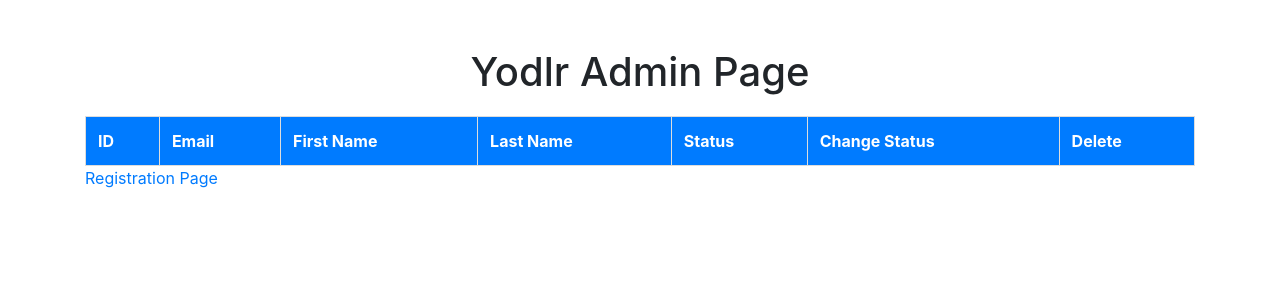
Repository: rmdayberry/yodlr-take-home
Page: public/admin.html
An editor plug-in stored every save of this project. The page is shown before and after the next save, followed by the edit.
The browser window is 1280 px wide. The pictures show the whole page.
The page's requests for data from a server got no answer.

Above is the page before, as saved 2024-10-08 20:49:33.
Console error: TypeError: Cannot read properties of undefined (reading 'message')

### public/admin.html
<!DOCTYPE html>
<html>
  <head>
    <meta charset="utf-8" />
    <title>Yodlr Admin Page</title>
    <link
      rel="stylesheet"
      href="https://stackpath.bootstrapcdn.com/bootstrap/4.5.2/css/bootstrap.min.css"
    />
    <link rel="stylesheet" href="css/admin.css" />
    <script src="https://code.jquery.com/jquery-3.6.0.min.js"></script>
    <script>
      $(document).ready(function () {
        function loadUsers() {
          $.ajax({
            type: "GET",
            url: "http://localhost:3000/users",
            success: function (users) {
              var tableBody = $("#userTable tbody");
              tableBody.empty(); // clear the table before adding new rows

              users.forEach(function (user) {
                var statusButtons =
                  user.status === "active"
                    ? `<button class="set-pending" data-id="${user.id}">Set as Pending</button>`
                    : `<button class="set-active" data-id="${user.id}">Set as Active</button>`;

                tableBody.append(
                  `<tr>
                      <td>${user.id}</td>
                      <td>${user.email}</td>
                      <td>${user.firstName}</td>
                      <td>${user.lastName}</td>
                      <td>${user.status}</td>
                      <td>${statusButtons}
                      </td>
                      <td><button class="delete" data-id="${user.id}">Delete</button></td>
                      </tr>`
                );
              });
            },
            error: function (err) {
              alert("Error fetching users: " + err.responseJSON.message);
            },
          });
        }

        loadUsers(); //loads users on page load

        // Handle set as pending button click
        $("#userTable").on("click", ".set-pending", function () {
          var userId = $(this).data("id");
          $.ajax({
            type: "PUT",
            url: `http://localhost:3000/users/${userId}`,
            data: JSON.stringify({ id: userId, status: "pending" }), // Change status to 'pending'
            contentType: "application/json",
            success: function () {
              alert("User status updated to pending");
              loadUsers(); // Reload users after status change
            },
            error: function (err) {
              alert("Error updating user status: " + err.responseJSON.message);
            },
          });
        });

        // Handle set as active button click
        $("#userTable").on("click", ".set-active", function () {
          var userId = $(this).data("id");
          $.ajax({
            type: "PUT",
            url: `http://localhost:3000/users/${userId}`,
            data: JSON.stringify({ id: userId, status: "active" }), // Change status to 'active'
            contentType: "application/json",
            success: function () {
              alert("User status updated to active");
              loadUsers(); // Reload users after status change
            },
            error: function (err) {
              alert("Error updating user status: " + err.responseJSON.message);
            },
          });
        });

        //Handle delete button click
        $("#userTable").on("click", ".delete", function () {
          var userId = $(this).data("id");
          $.ajax({
            type: "DELETE",
            url: `http://localhost:3000/users/${userId}`,
            success: function () {
              alert("User was deleted");
              loadUsers(); // reloads users after deletion was made
            },
            error: function (err) {
              alert("Error deleting user: " + err.responseJSON.message);
            },
          });
        });
      });
    </script>
  </head>
  <body>
    <div class="container mt-5">
      <h1 class="text-center">Yodlr Admin Page</h1>
      <table id="userTable">
        <thead>
          <tr>
            <th>ID</th>
            <th>Email</th>
            <th>First Name</th>
            <th>Last Name</th>
            <th>Status</th>
            <th>Change Status</th>
            <th>Delete</th>
          </tr>
        </thead>
        <tbody></tbody>
      </table>
      <p>
        <a href="signup.html">Registration Page</a>
      </p>
    </div>
  </body>
</html>

### public/css/admin.css
table {
  width: 100%;
  border-collapse: collapse;
  margin-top: 20px;
}
table,
th,
td {
  border: 1px solid #ddd;
}
th,
td {
  padding: 12px;
  text-align: left;
}
th {
  background-color: #007bff;
  color: white;
}

tr:nth-child(even) {
  background-color: #f2f2f2;
}
tr:nth-child(odd) {
  background-color: white;
}
tr:hover {
  background-color: #f1f1f1;
}

@media (max-width: 768px) {
  table {
    display: block;
    overflow-x: auto;
    white-space: nowrap;
  }
}

.btn-custom {
  margin-right: 5px;
  padding: 8px 12px;
}

.btn-custom {
  transition: background-color 0.3s ease;
}
.btn-custom:hover {
  opacity: 0.8;
}

After the next save:
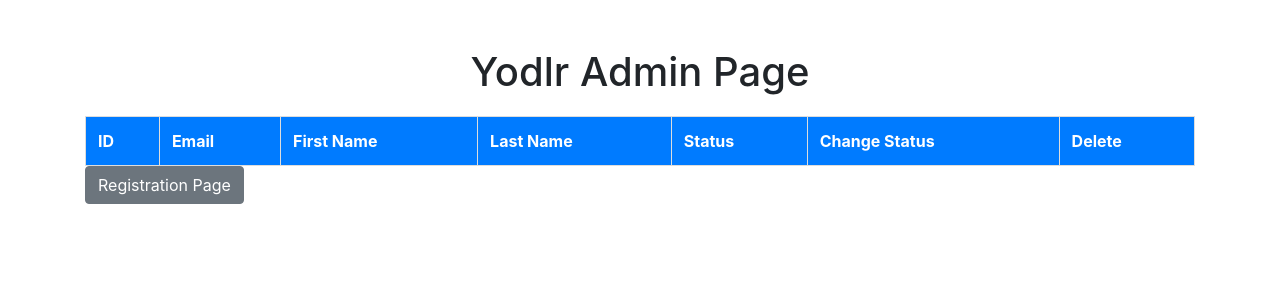
Saved 38 s later.
--- a/public/admin.html
+++ b/public/admin.html
@@ -119,7 +119,7 @@
         <tbody></tbody>
       </table>
       <p>
-        <a href="signup.html">Registration Page</a>
+        <a href="signup.html" class="btn btn-secondary">Registration Page</a>
       </p>
     </div>
   </body>

After the save that followed:
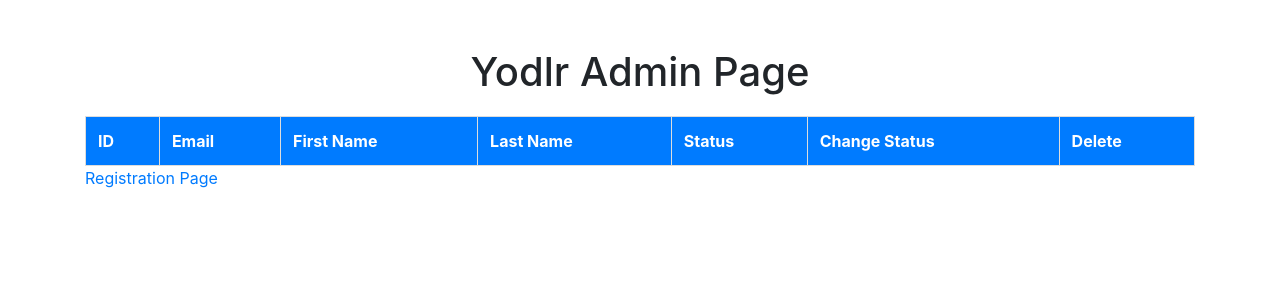
Saved 24 s later.
--- a/public/admin.html
+++ b/public/admin.html
@@ -119,7 +119,7 @@
         <tbody></tbody>
       </table>
       <p>
-        <a href="signup.html" class="btn btn-secondary">Registration Page</a>
+        <a href="signup.html">Registration Page</a>
       </p>
     </div>
   </body>
